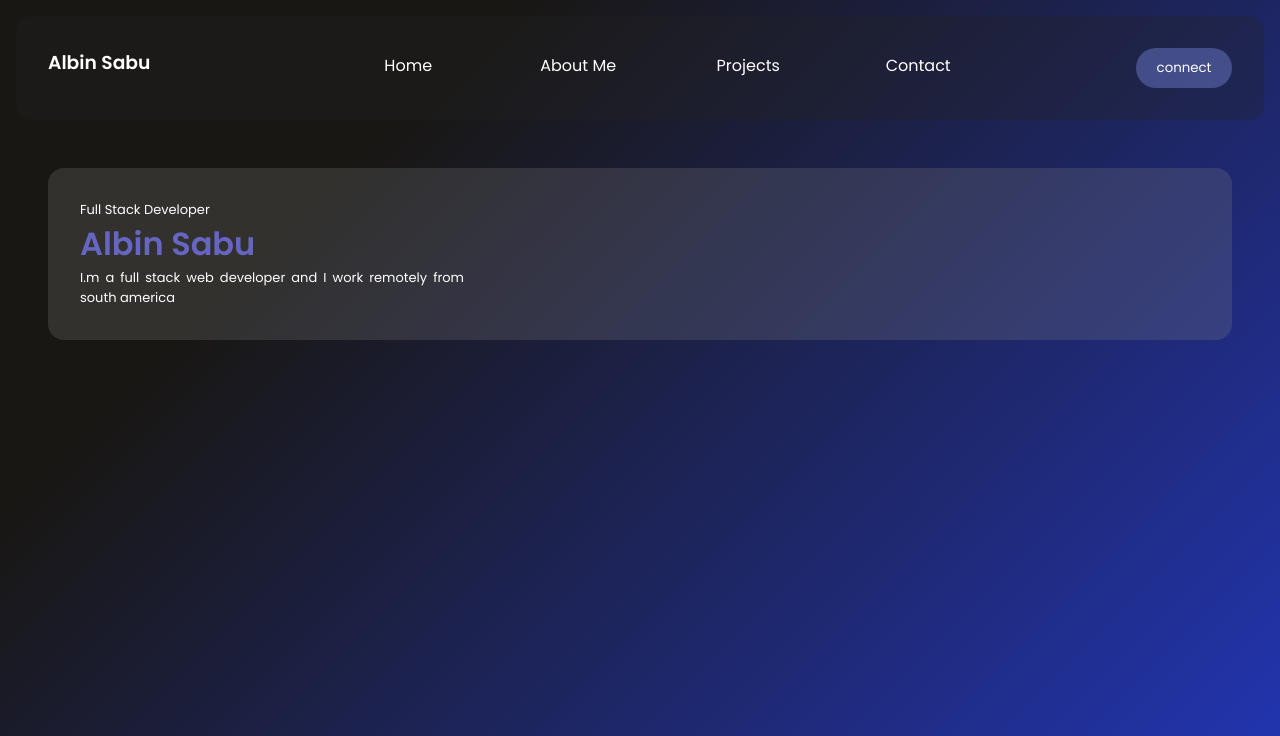
Repository: albinsabu2023/personalwebsite
Page: index.html
An editor plug-in stored every save of this project. The page is shown before and after the next save, followed by the edit.
The browser window is 1280 px wide. The pictures show the whole page.

Above is the page before, as saved 2023-09-02 12:42:06.

After the next save:
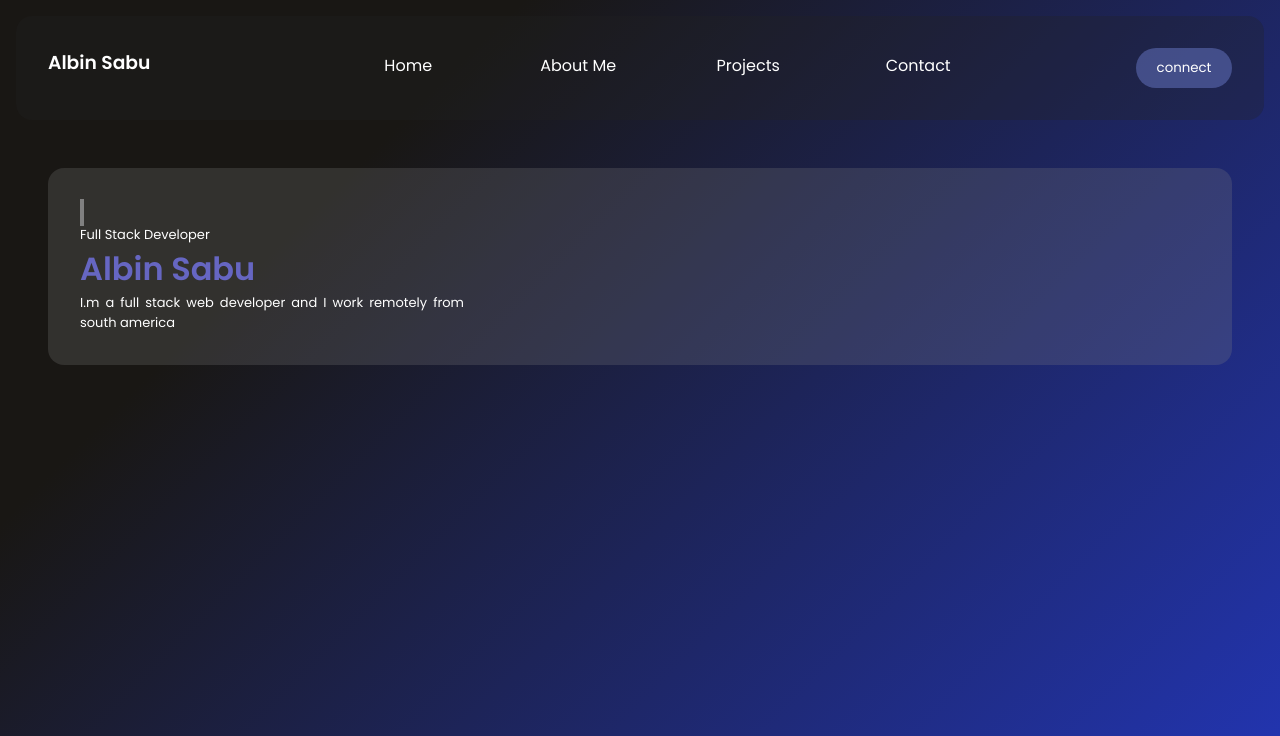
Saved 8 s later.
--- a/index.html
+++ b/index.html
@@ -20,7 +20,7 @@
     </nav>
     <div id="home">
         <div class="profile__text">
-            <span></span>
+            <span class="line"> </span>
             <p>Full Stack Developer</p>
             <h1>Albin Sabu</h1>
             <p>I.m a full stack web developer and I work remotely from south america</p>
